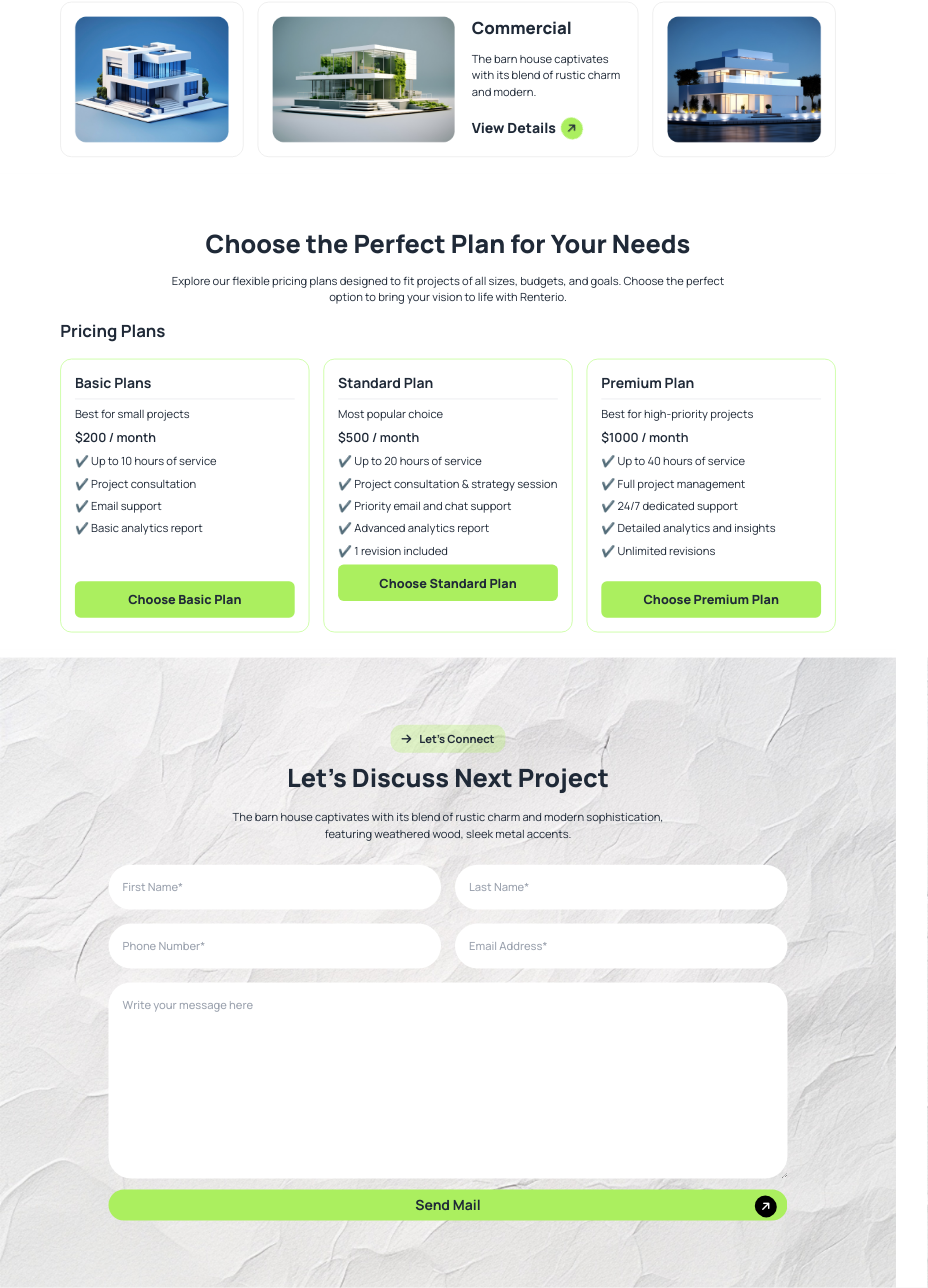
Repository: Tanvir4312/assignment-03
Page: index.html
These files come from the project's save history. The page is drawn as it stood at one moment and after the next save; the edit follows.
The browser window is 1280 px wide. The page is 1325 px wide, so the pictures cover 1325 px, including what lies to the right of the window. The pictures show the part of the page from y = 2818 to 4658 px (the page is 4658 px tall), at 70% of full size.
Some web libraries are served in a nearby version.

Above is the page before, as saved 2024-10-30 21:17:54.

After the next save:
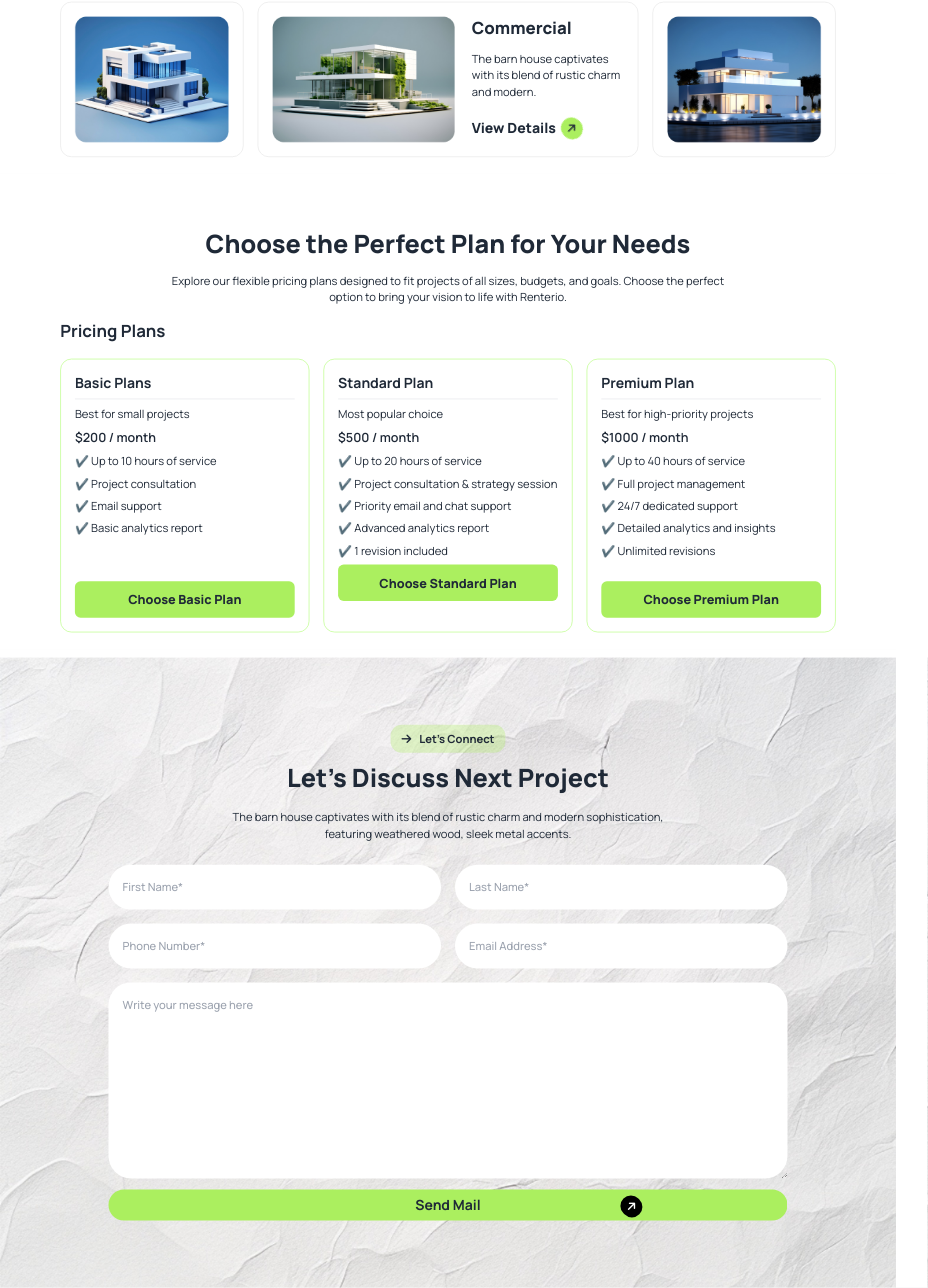
Saved 16 s later.
--- a/index.html
+++ b/index.html
@@ -388,7 +388,7 @@
             <div class="relative">
                 <button class="bg-bgBtnColor w-full text-xl font-bold py-2 rounded-[32px] mt-4">Send Mail</button>
                 <i
-                    class="fa-solid fa-arrow-right -rotate-45 bg-black text-white p-2 rounded-full absolute top-6 right-4 "></i>
+                    class="fa-solid fa-arrow-right -rotate-45 bg-black text-white p-2 rounded-full absolute top-6 right-52 "></i>
             </div>
         </div>
     </section>
